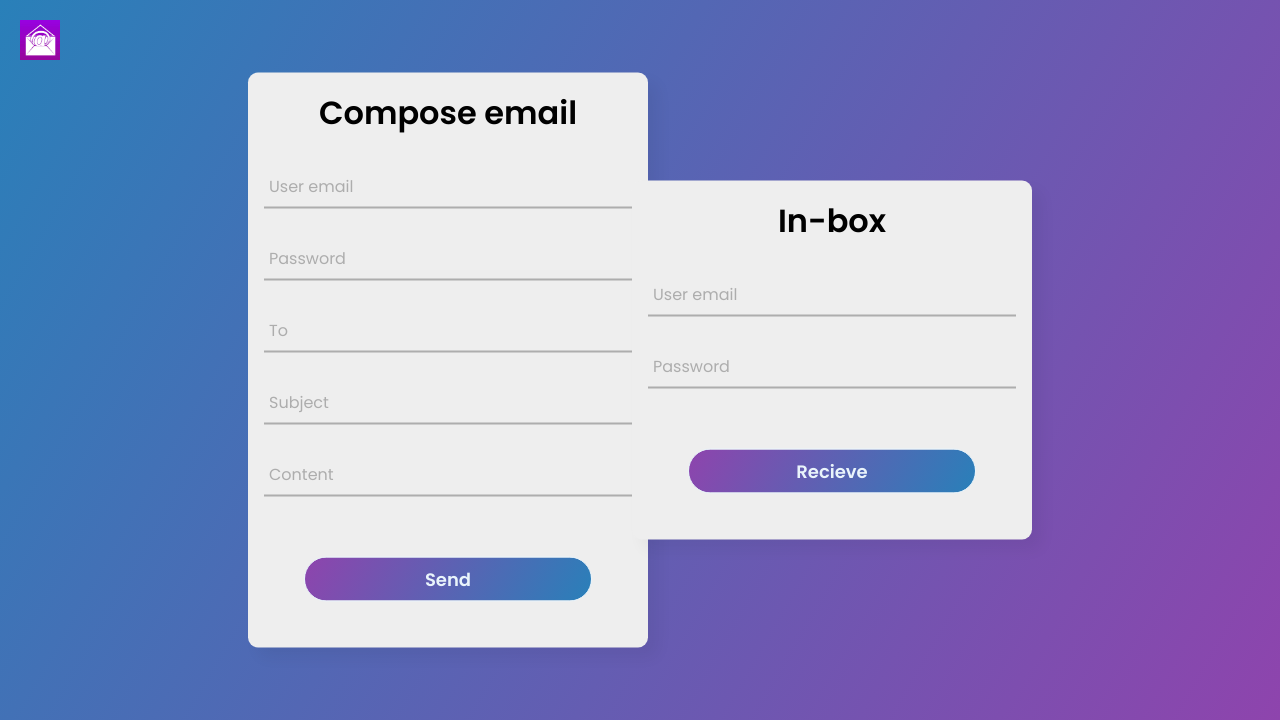
Repository: 20PW01-Abishek/Mail-EZ-in-JAVA
Page: Java package/javapackage/src/main/webapp/index.html
These files come from the project's save history. The page is drawn as it stood at one moment and after the next save; the edit follows.
The browser window is 1280 px wide. The pictures show the whole page.

Above is the page before, as saved 2022-11-07 13:34:23.

### Java package/javapackage/src/main/webapp/index.html
<!DOCTYPE html>
<html>
<head>
<meta charset="ISO-8859-1">
<link rel="stylesheet" href="style1.css">
<link rel="icon" type="image/x-icon" href="logo.png">
<title>email-compose</title>
</head>
<body>
	<a href=""><img style="margin: 20px;height: 40px;width: 40px;" src="logo.png"></a>
	<div class="parent">
		<div class="center1">
	      <h1>Compose email</h1>
	      <form action="compose" method="post" id="send">
	        <div class="txt_field">
	          <input type="text" name="from_email" required>
	          <span></span>
	          <label>User email</label>
	        </div>
	        <div class="txt_field">
	          <input type="password" name="from_password" required>
	          <span></span>
	          <label>Password</label>
	        </div>
	        <div class="txt_field">
	          <input type="text" name="to_email" required>
	          <span></span>
	          <label>To</label>
	        </div>
	        <div class="txt_field">
	          <input type="text" name="subject" required>
	          <span></span>
	          <label>Subject</label>
	        </div>
	        <div class="txt_field">
	          <input type="text" name="content" required>
	          <span></span>
	          <label>Content</label>
	        </div>
	        <input type="submit" value="Send">
	      </form>
		</div>
		<div class="center2">
			<h1>In-box</h1>
	      	<form action="recieve" method="post" id="recieve">
	        	<div class="txt_field">
	          		<input type="text" name="from_email" required>
	          		<span></span>
	          		<label>User email</label>
	        	</div>
	        	<div class="txt_field">
		          <input type="password" name="from_password" required>
		          <span></span>
		          <label>Password</label>
	        	</div>
	      		<input type="submit" value="Recieve">
	      </form>
	    </div>
    </div>
</body>
</html>

### Java package/javapackage/src/main/webapp/style1.css
@import url('https://fonts.googleapis.com/css2?family=Noto+Sans:wght@700&family=Poppins:wght@400;500;600&display=swap');
*{
  margin: 0;
  padding: 0;
  box-sizing: border-box;
  font-family: "Poppins", sans-serif;
}
body{
  margin: 0;
  padding: 0;
  background: linear-gradient(120deg,#2980b9, #8e44ad);
  height: 100vh;
  overflow: hidden;
}

.parent{
	text-align: center;
}

img {
	margin: 20px;
	height: 15px;
	width: 15px;
}

.center1{
  padding: 1rem 1rem;
  vertical-align: middle;
  position: absolute;
  top: 50%;
  left: 35%;
  transform: translate(-50%, -50%);
  width: 400px;
  background: #eee;
  border-radius: 10px;
  box-shadow: 10px 10px 15px rgba(0,0,0,0.05);
}

.center2{
  padding: 1rem 1rem;
  vertical-align: middle;
  position: absolute;
  top: 50%;
  left: 65%;
  transform: translate(-50%, -50%);
  width: 400px;
  background: #eee;
  border-radius: 10px;
  box-shadow: 10px 10px 15px rgba(0,0,0,0.05);
}

.center h1{
  text-align: center;
  padding: 20px 0;
  border-bottom: 1px solid silver;
}
.center form{
  padding: 0 40px;
  box-sizing: border-box;
}
form .txt_field{
  position: relative;
  border-bottom: 2px solid #adadad;
  margin: 30px 0;
}
.txt_field input{
  width: 100%;
  padding: 0 5px;
  height: 40px;
  font-size: 16px;
  border: none;
  background: none;
  outline: none;
}
.txt_field label{
  position: absolute;
  top: 50%;
  left: 5px;
  color: #adadad;
  transform: translateY(-50%);
  font-size: 16px;
  pointer-events: none;
  transition: .5s;
}
.txt_field span::before{
  content: '';
  position: absolute;
  top: 40px;
  left: 0;
  width: 0%;
  height: 2px;
  background: #2691d9;
  transition: .5s;
}
.txt_field input:focus ~ label,
.txt_field input:valid ~ label{
  top: -5px;
  color: #2691d9;
}
.txt_field input:focus ~ span::before,
.txt_field input:valid ~ span::before{
  width: 100%;
}

input[type="submit"]{
  width: 78%;
  height: 45px;
  border: 1px solid;
  background: linear-gradient(120deg,#8e44ad, #2980b9);
  border-radius: 25px;
  font-size: 18px;
  color: #e9f4fb;
  font-weight: 700;
  cursor: pointer;
  outline: none;
  margin: 30px;
}
input[type="submit"]:hover{
  border-width: medium;
  border-color: #2980b9;
  transition: 1s;
}

After the next save:
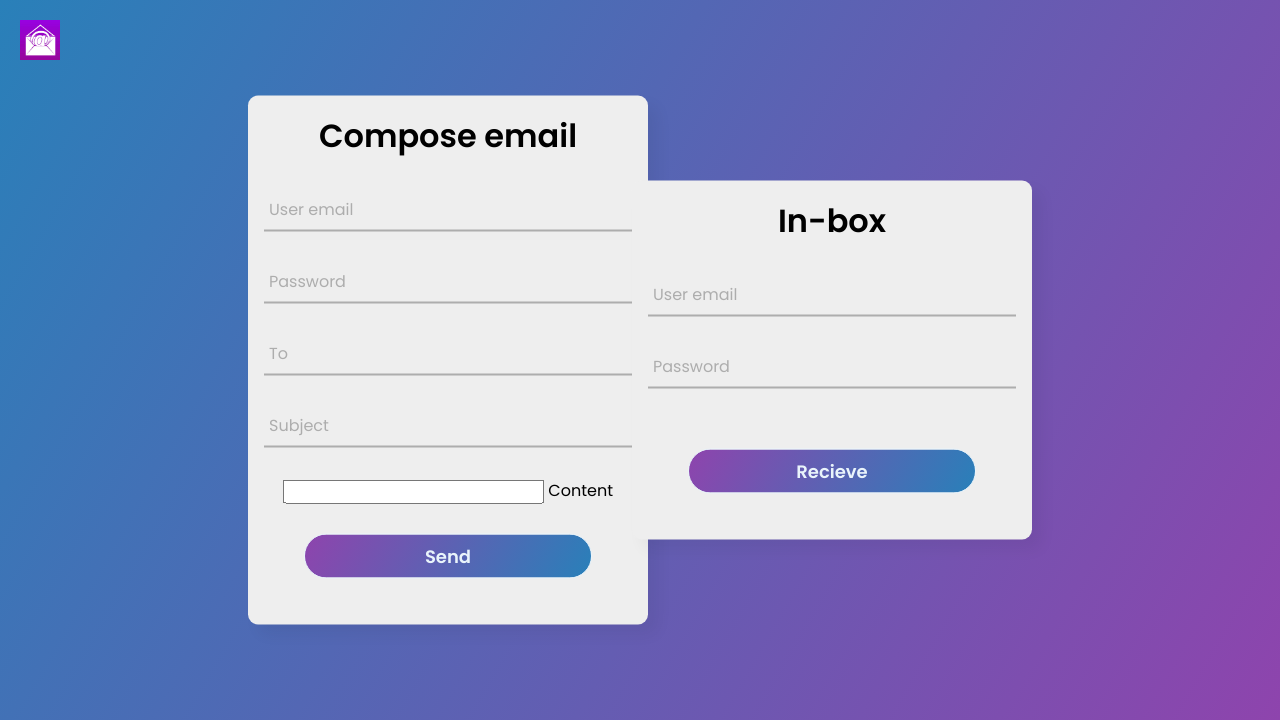
Saved 9 s later.
--- a/Java package/javapackage/src/main/webapp/index.html
+++ b/Java package/javapackage/src/main/webapp/index.html
@@ -32,7 +32,7 @@
 	          <span></span>
 	          <label>Subject</label>
 	        </div>
-	        <div class="txt_field">
+	        <div class="txt_field2">
 	          <input type="text" name="content" required>
 	          <span></span>
 	          <label>Content</label>
